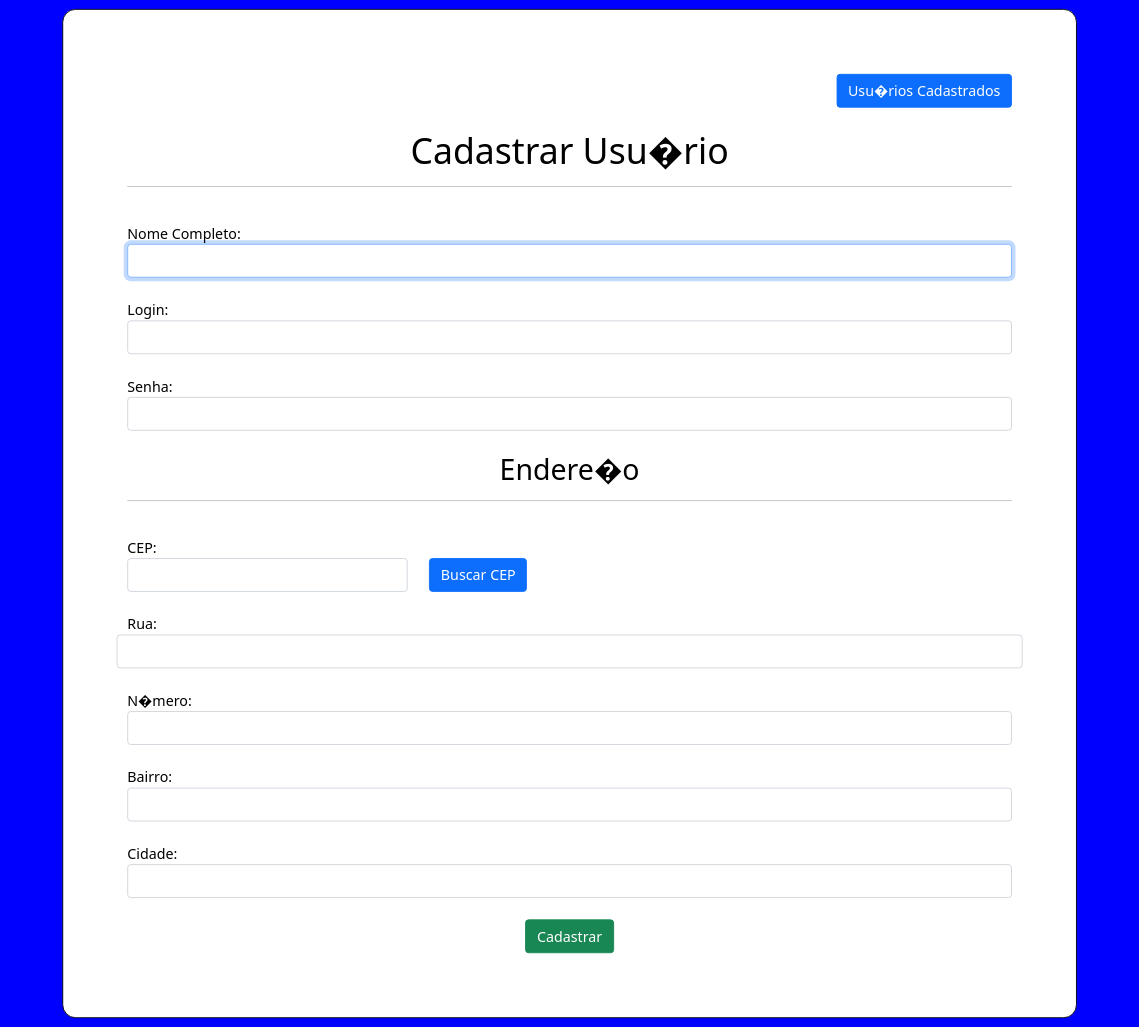
Repository: Magicianred/spring-mvc
Page: http://localhost/index
These files come from the project's save history. The page is drawn as it stood at one moment and after the next save; the edit follows.
The browser window is 1280 px wide. The pictures show the whole page, at 89% of full size.
The page is this project's Thymeleaf template; nobody is signed in. The template is opened directly, without the code that normally fills it, so the values that code supplies are empty.

Above is the page before, as saved 2021-01-13 02:38:01.

After the next save:
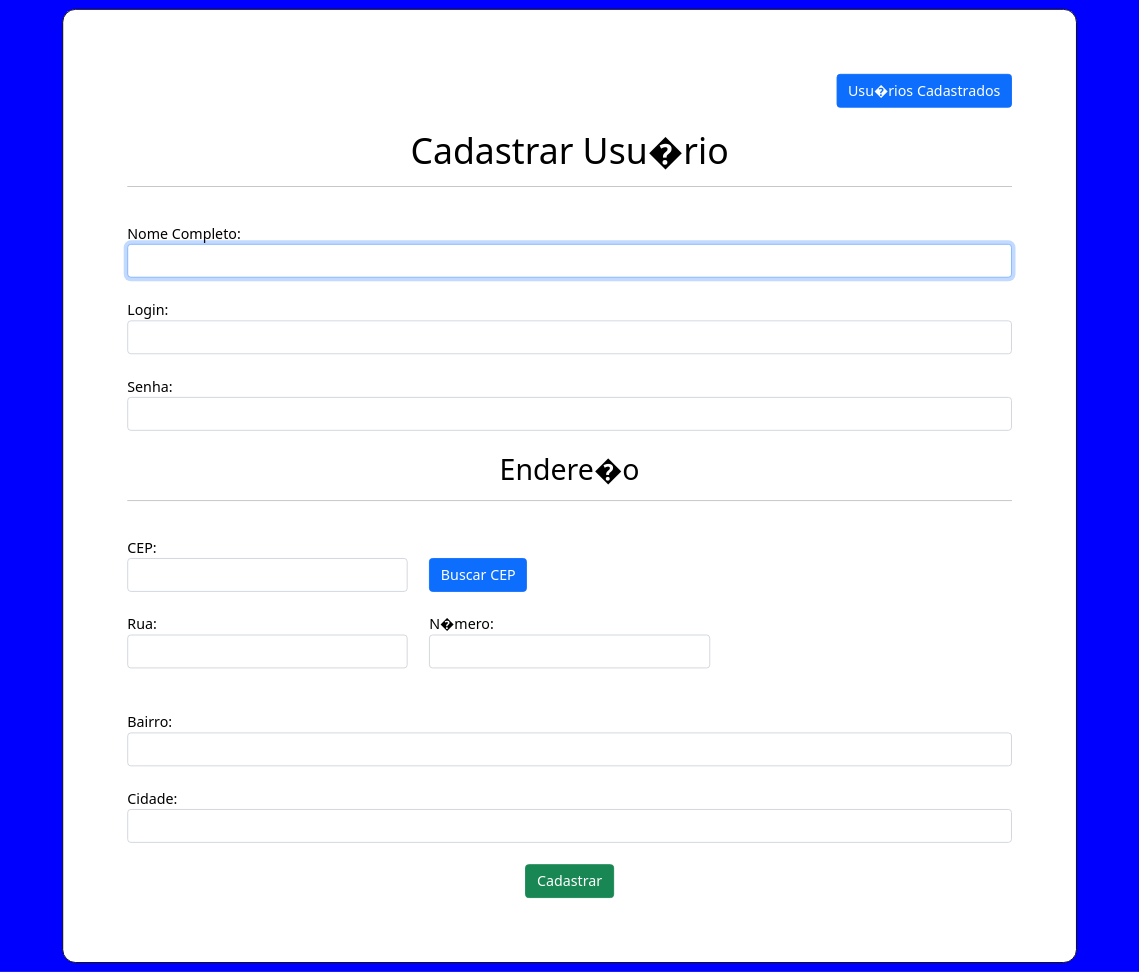
Saved 76 s later.
--- a/springmvc/src/main/resources/templates/index.html
+++ b/springmvc/src/main/resources/templates/index.html
@@ -47,15 +47,18 @@ xmlns:layout="http://www.ultraq.net.nz/thymeleaf/layout">
 		<br />
 
 		<div class="form-group row">
-			<label>Rua:</label> <br />
-			<input class="form-control" type="text" name="rua" id="rua" />
+			<div class="col-md-4">
+				<label>Rua:</label> <br />
+				<input class="form-control" type="text" name="rua" id="rua" />
+			</div>
+			<div class="col-md-4">
+				<label>Número:</label> <br />
+				<input class="form-control" type="text" name="numero" id="numero" />
+			</div>
 		</div>
 		<br />
 
-		<div class="form-group">
-			<label>Número:</label> <br />
-			<input class="form-control" type="text" name="numero" id="numero" />
-		</div>
+
 		<br />
 
 		<div class="form-group">
